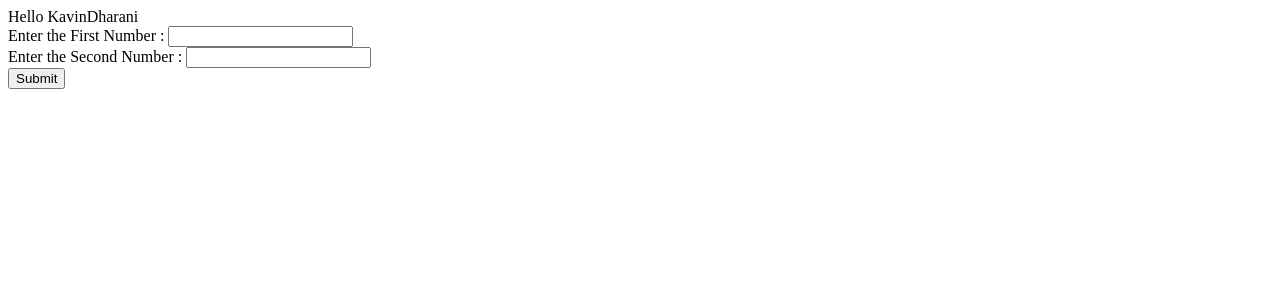
Repository: KavinAdithya/Servlet-JSP
Page: RemoAPP/src/main/webapp/Helo.html
These files come from the project's save history. The page is drawn as it stood at one moment and after the next save; the edit follows.
The browser window is 1280 px wide. The pictures show the whole page.

Above is the page before, as saved 2024-03-15 01:12:28.

After the next save:
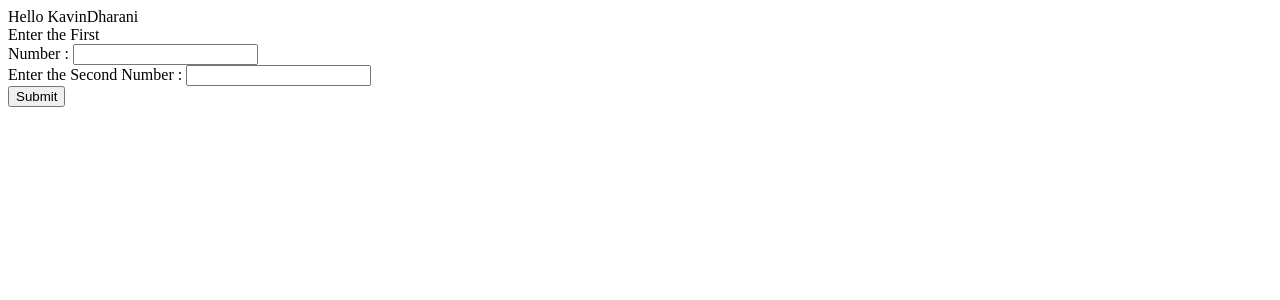
Saved 4 min 4 s later.
--- a/RemoAPP/src/main/webapp/Helo.html
+++ b/RemoAPP/src/main/webapp/Helo.html
@@ -8,7 +8,7 @@
 <body>
     Hello KavinDharani
     <form action="add">
-    	Enter the First Number : <input type="text" name="num1"><br>
+    	Enter the First <br>Number : <input type="text" name="num1"><br>
     	Enter the Second Number : <input type="text" name="num2"><br>
     	<input type="Submit">
     </form>
